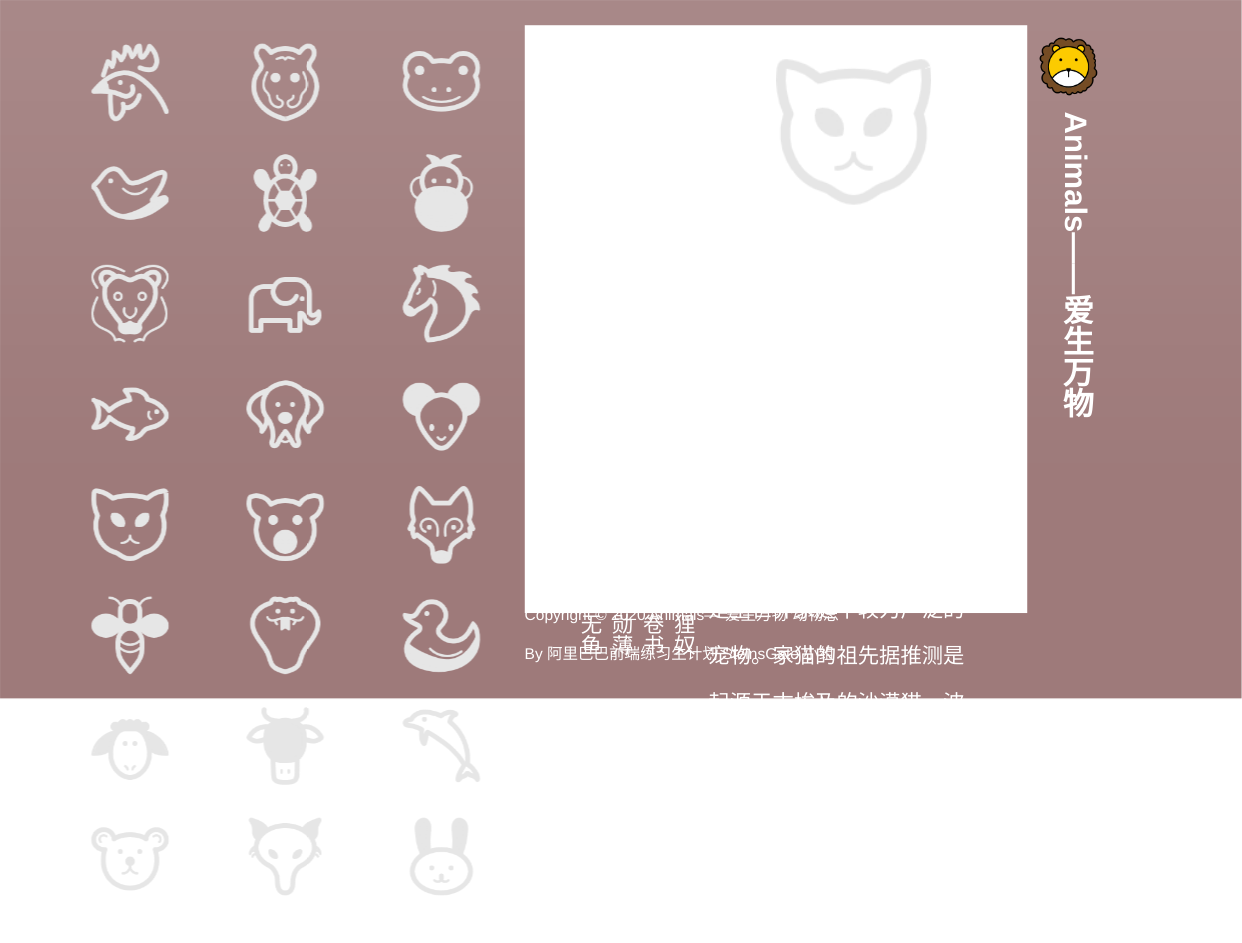
Repository: Whiskeyi/Animals
Page: /
These files come from the project's save history. The page is drawn as it stood at one moment and after the next save; the edit follows.
The browser window is 1280 px wide. The pictures show the whole page, at 97% of full size.
The project was rebuilt for these pictures with package versions that can differ from the ones it lists, and the page was loaded fresh each time.

Above is the page before, as saved 2021-11-16 20:01:15.

After the next save:
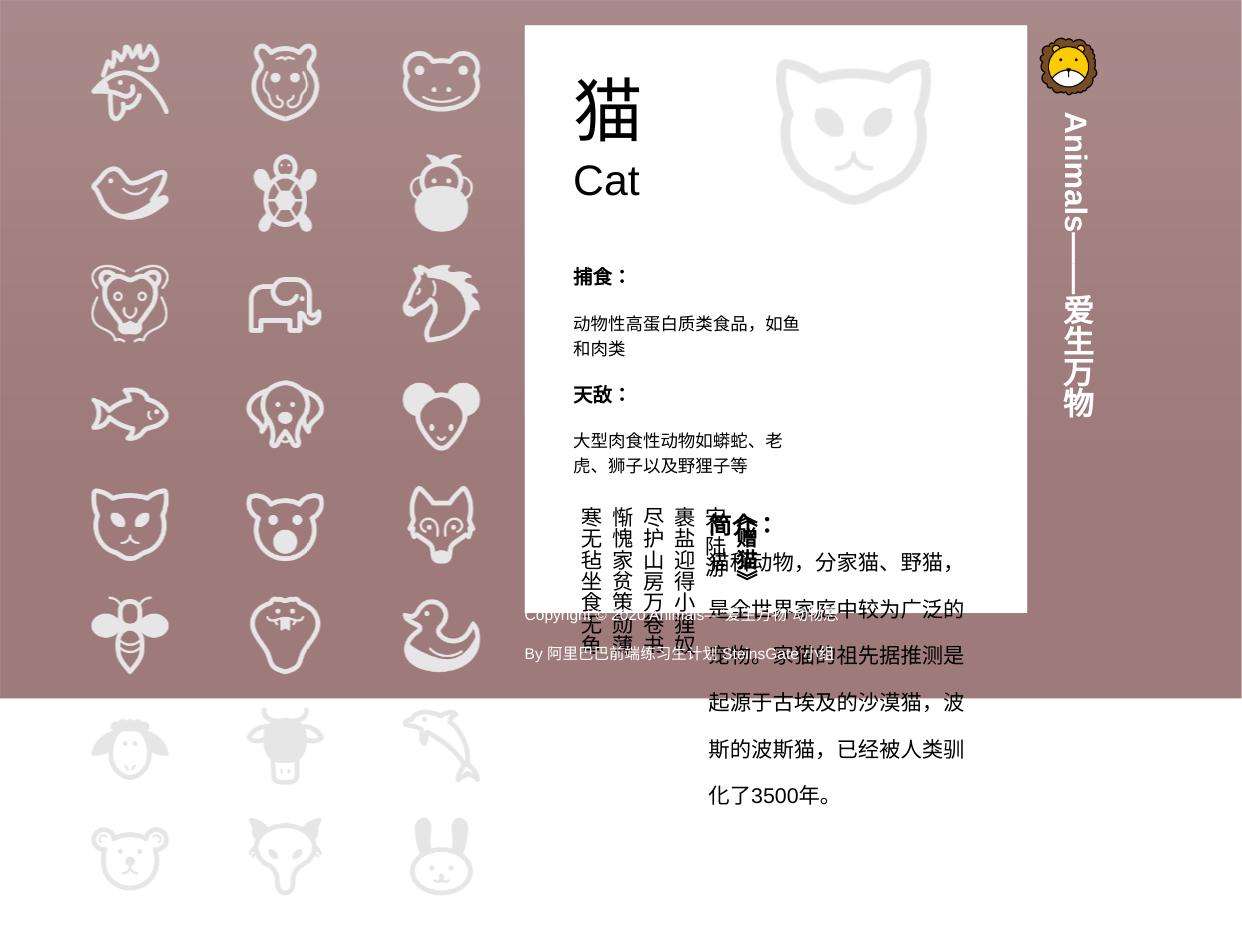
Saved 10 s later.
--- a/src/components/Info/index.vue
+++ b/src/components/Info/index.vue
@@ -32,7 +32,7 @@ export default {
     margin: 26px 0 0 16px;
     padding: 15px 0px;
     background-color: #fff;
-    color:#fff;
+    // color:#fff;
 }
 .infPadding {
   padding: 0 50px;
@@ -47,7 +47,7 @@ export default {
     width: 75%;
     height: 80%;
     margin: 26px 0 0 16px;
-    // background-color: #fff;
+    background-color: #fff;
 }
 }
 </style>

After the save that followed:
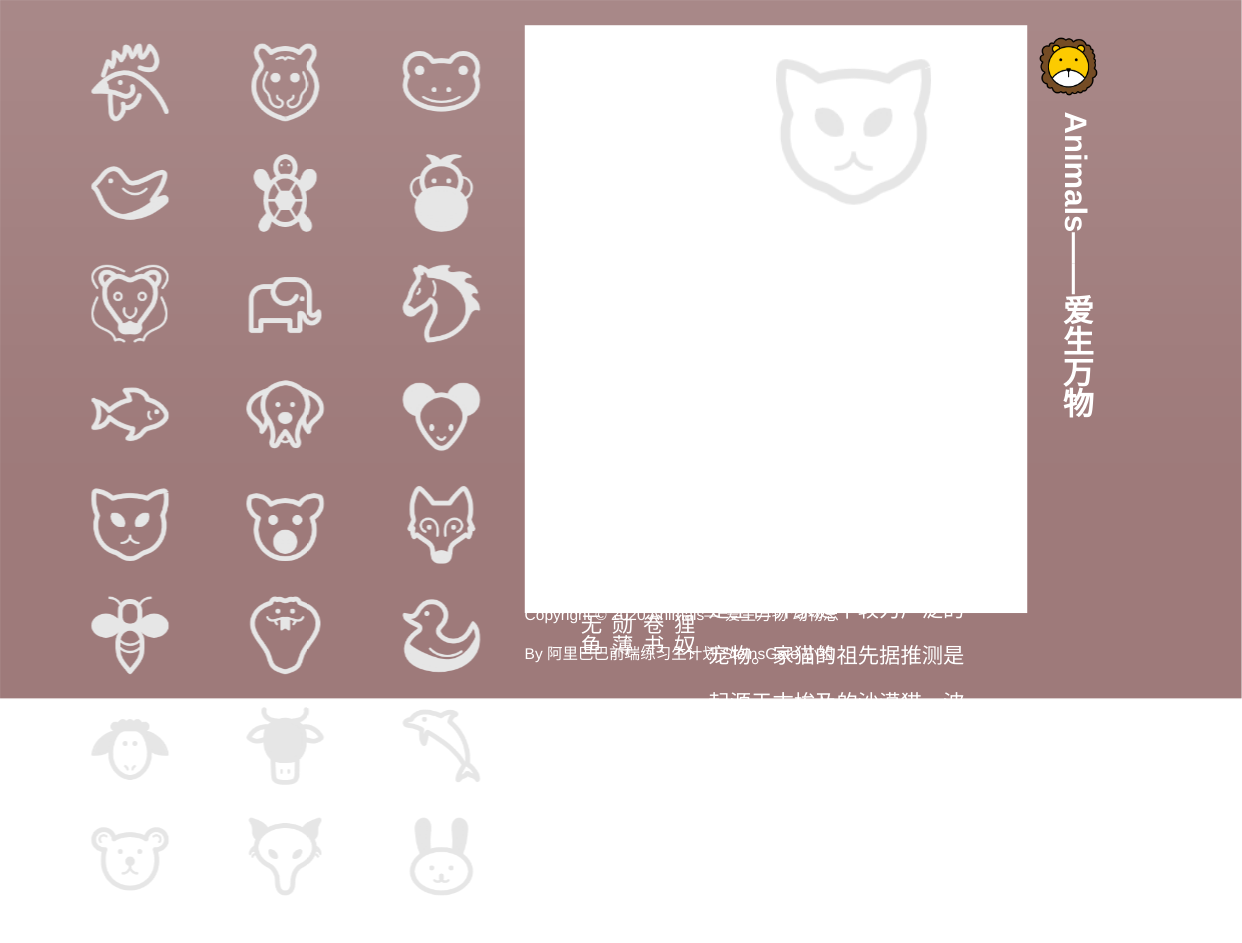
Saved 6 s later.
--- a/src/components/Info/index.vue
+++ b/src/components/Info/index.vue
@@ -31,8 +31,8 @@ export default {
     height: 80%;
     margin: 26px 0 0 16px;
     padding: 15px 0px;
-    background-color: #fff;
-    // color:#fff;
+    // background-color: #fff;
+    color:#fff;
 }
 .infPadding {
   padding: 0 50px;
